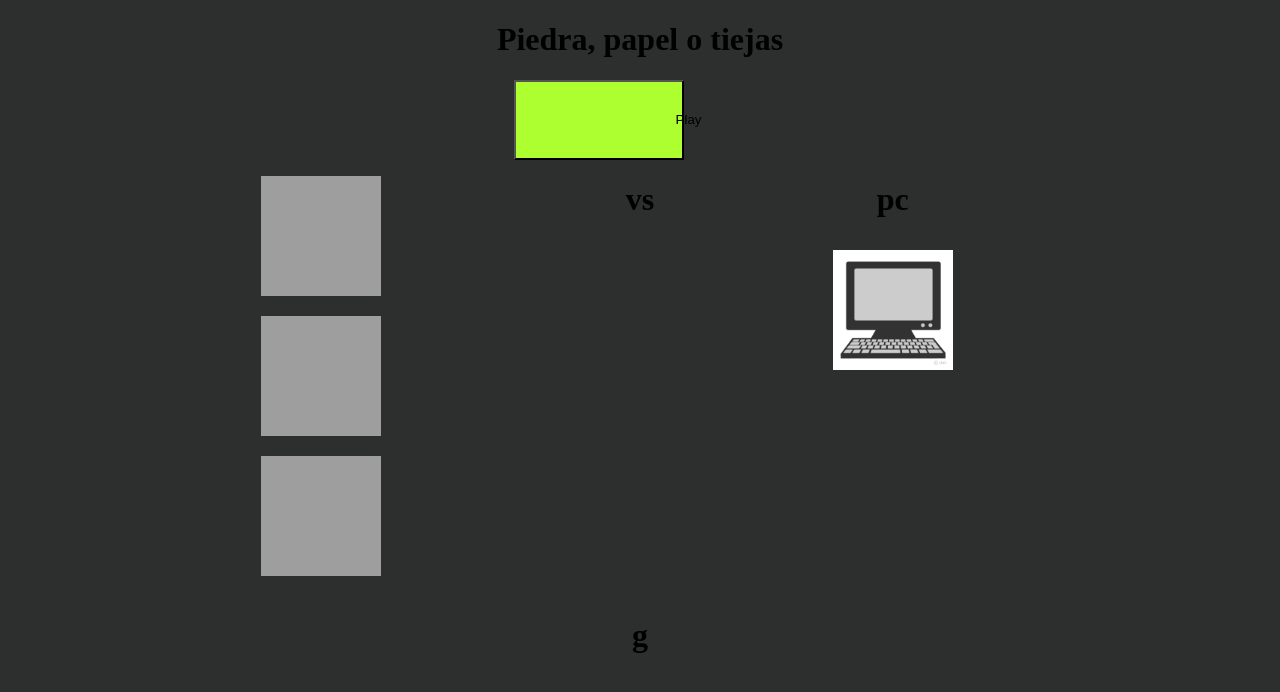
Repository: Kevin8548/FundamentosJS
Page: scissors.html
The author's editor kept a copy of each file at every save. The page is drawn from the files as they stood at one save, then again after the next save.
The browser window is 1280 px wide. The pictures show the whole page.
Pictures or frames that could not be fetched are drawn as grey boxes.

Above is the page before, as saved 2024-09-23 05:52:03.
Console error: SyntaxError: Unexpected token ';'

### scissors.html
<!DOCTYPE html>
<html lang="en">
<head>
    <meta charset="UTF-8">
    <meta name="viewport" content="width=device-width, initial-scale=1.0">
    <title>Document</title>
    <link rel="stylesheet" href="style.css">
</head>
<body>
    <div class="content"></div>
    <script src="./concepts/scissors.js"></script>
    <h1>Piedra, papel o tiejas</h1>
    <div class="parent">
        <div class="div1"> <button>Play</button> </div>

        <div class="div2">
            <p><img src="img/descarga.jpeg" alt=""></p>
            <p><img src="img/scissor-icon-transparent-free-png.webp" alt=""></p>
            <p><img src="img/png-clipart-paper-leaf-leaf-white-leaf-thumbnail.png" alt=""></p>
        </div>

        <div class="div3"><h1>vs</h1> </div>

        <div class="div4"> <h1>pc
            <p><img src="img/2775.png" alt=""></p>
        </h1></div>

        <div class="div5"><h1>g</h1> </div>

        </div>
</body>
</html>

### style.css
.parent {
display:grid ;
grid-template-columns: repeat(5, 1fr);
grid-template-rows: repeat(1.5, 1fr);
grid-column-gap: 0px;
grid-row-gap: 0px;
}

.div1 { grid-area: 1 / 3 / 2 / 4; }
.div2 { grid-area: 3 / 2 / 4 / 3; }
.div3 { grid-area: 3 / 3 / 4 / 4; }
.div4 { grid-area: 3 / 4 / 4 / 5; }
.div5 { grid-area: 5 / 3 / 6 / 4; }

h1{
text-align: center;
}

img{
width: 120px;
height: 120px;
}

body{
background-color: rgb(45, 46, 46);
}

button {
    background-color: greenyellow;
    width: 100px;
    height: 80px;
    padding-left: 160px;
    text-align: center;
}

### concepts/scissors.js
const btnPLay = ;
const divUser = ;
const divMaq = ;
const message = ;

const play = () => {
    const choiceUser = prompt ('Elige; piedra, papel o tijeras');
    const aleatorio = Math.floor(Math.random() * 3);
    //Todo
    //Si aleatorio = 0 choicemaq= piedra y asi para 1  y 2
    //Comparaciones para determinar ganador
}

After the next save:
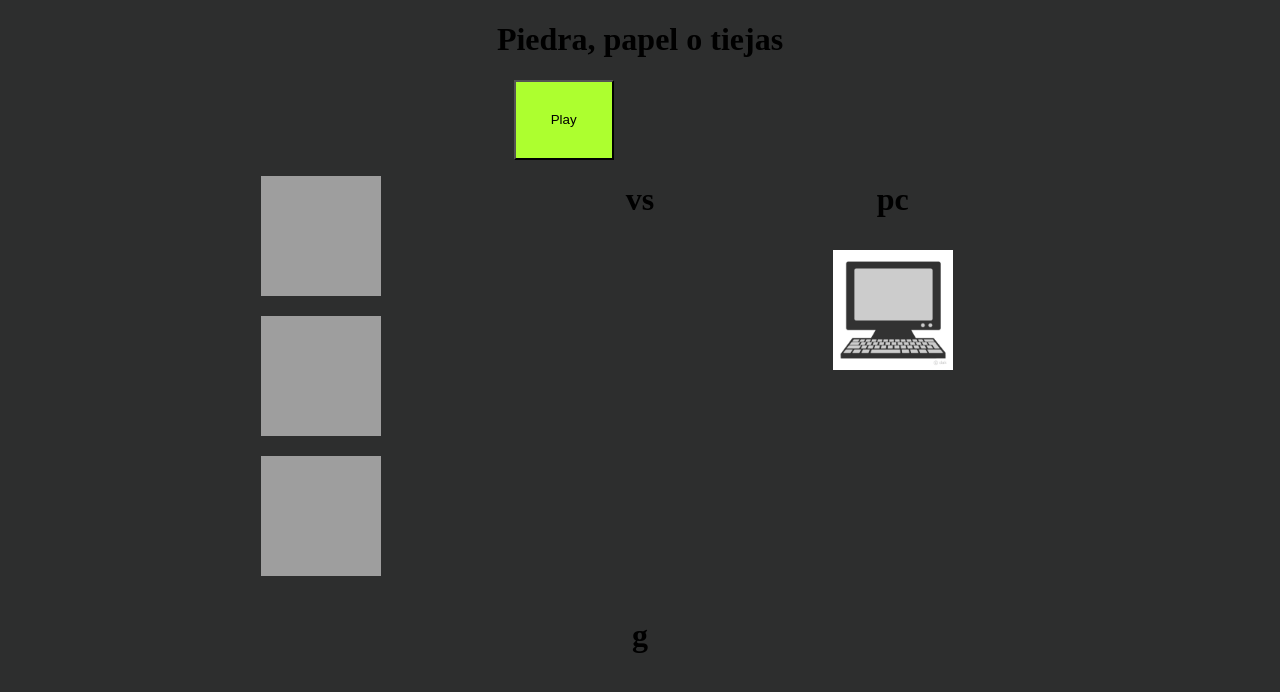
Saved 34 s later.
--- a/style.css
+++ b/style.css
@@ -29,6 +29,4 @@ button {
     background-color: greenyellow;
     width: 100px;
     height: 80px;
-    padding-left: 160px;
-    text-align: center;
 }
